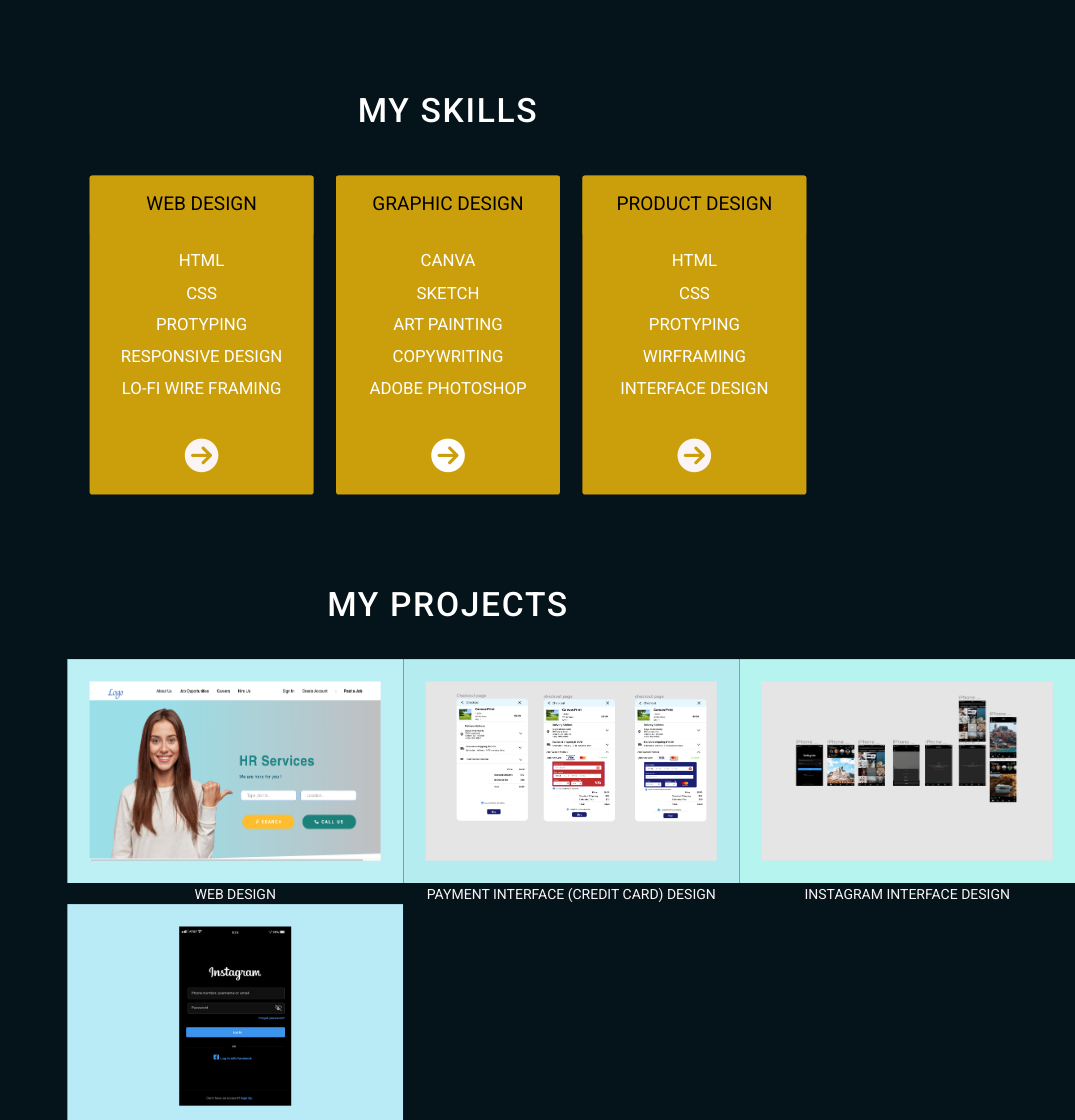
Repository: ajeyamajumder/Ajeya-Web-Portfolio-Design
Page: index.html
An editor plug-in stored every save of this project. The page is shown before and after the next save, followed by the edit.
The browser window is 1280 px wide. The page is 1536 px wide, so the pictures cover 1536 px, including what lies to the right of the window. The pictures show the part of the page from y = 1422 to 3022 px (the page is 4285 px tall before and 5132 px after), at 70% of full size.
Some web fonts or font styles are not loaded; a fallback is used. Some web libraries are served in a nearby version.

Above is the page before, as saved 2023-03-12 20:40:06.

After the next save:
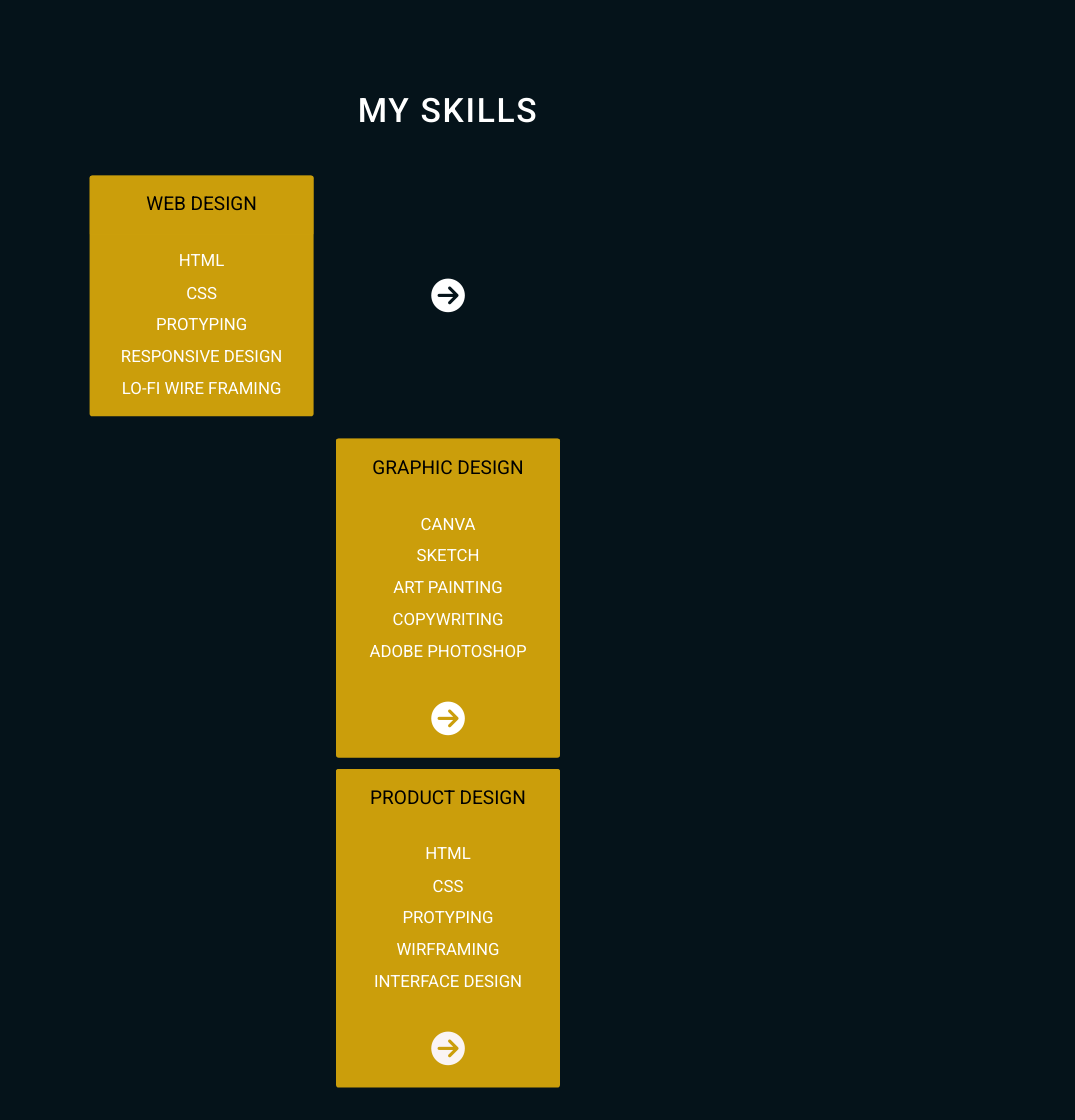
Saved 24 s later.
--- a/index.html
+++ b/index.html
@@ -109,7 +109,7 @@
          <li class="list">LO-FI WIRE FRAMING</li>
 
        </div>
-       <i class="fa-sharp fa-solid  fa-circle-arrow-right"></i>
+    </div><a href="https://www.canva.com/design/DAFEwa5dews/fJ1gJidYnW4Lt7wu0VFLMA/view?utm_content=DAFEwa5dews&utm_campaign=designshare&utm_medium=link2&utm_source=sharebutton" target="_blank"><i class="fa-sharp fa-solid  fa-circle-arrow-right"></i></a>
      </div>
 
 
